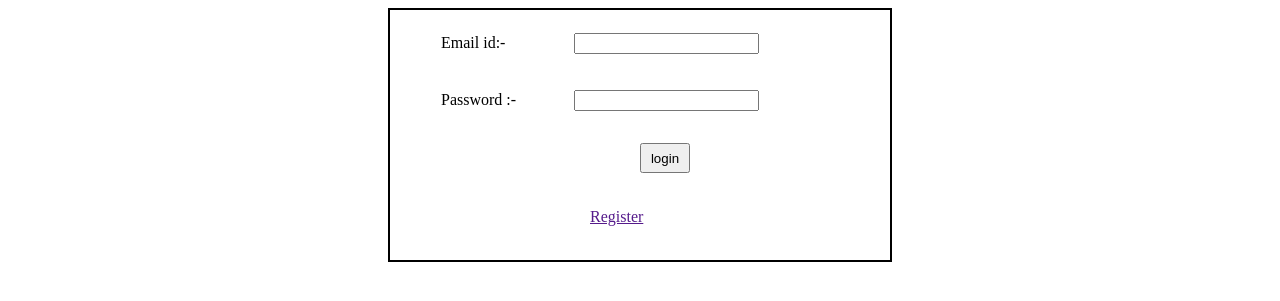
Repository: ShivrajMPujari/ServletApplication
Page: http://localhost/LoginReg/
The author's editor kept a copy of each file at every save. The page is drawn from the files as they stood at one save, then again after the next save.
The browser window is 1280 px wide. The pictures show the whole page.
The page is served by Tomcat 9. Other server files are loaded and not shown.

Above is the page before, as saved 2018-07-09 06:11:48.

### LoginReg/WebContent/index.html
<!DOCTYPE html>
<html>
<head>
<meta charset="UTF-8">
<title>Insert title here</title>
<link rel="stylesheet" href="index.css"/>
</head>
<body>

<div class="tableDiv">
<form action="">
<table class="loginTabel" cellspacing="10">
<tr>
	<td> Email id:- </td> <td> <input type="email" /></td>
</tr>

<tr>
	<td>Password :- </td> <td> <input type="password" /> </td>
</tr>

<tr>
<td colspan="2"  class="submitButton"  > <input class="btn"type="submit" value="login" /></td>
</tr>

<tr>
<td colspan="2" class="register"> <a href="">Register</a></td>
</tr>
</table>
</form>
</div>
</body>
</html>

### LoginReg/WebContent/index.css
@CHARSET "UTF-8";

.tableDiv{
	height:250px;
	width:500px;
	margin:auto;
	border:2px solid black;
}
.loginTabel{

	height:240px;
	width:480px;
	margin:auto;
	padding-left: 30px;
}
tr{
	height: 30px;
}
.submitButton{
	padding-left:200px;

}
.btn{
	height: 30px;
	width:50px;
}
.register{

	padding-left:150px;
}

After the next save:
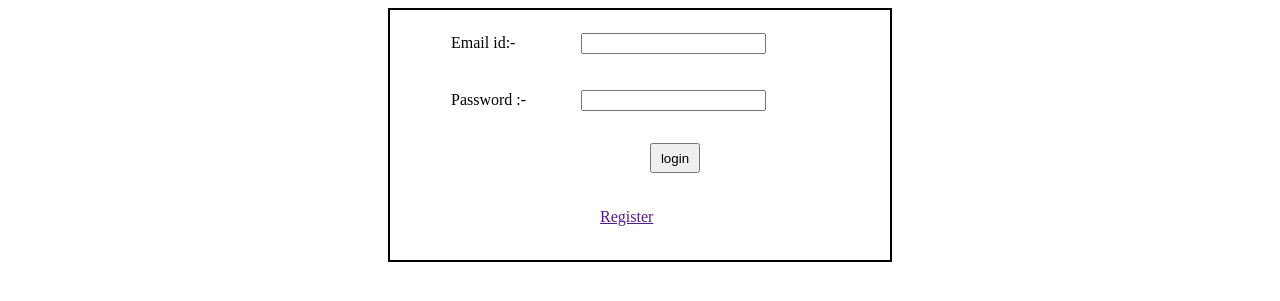
Saved 14 s later.
--- a/LoginReg/WebContent/index.css
+++ b/LoginReg/WebContent/index.css
@@ -11,7 +11,7 @@
 	height:240px;
 	width:480px;
 	margin:auto;
-	padding-left: 30px;
+	padding-left: 40px;
 }
 tr{
 	height: 30px;
